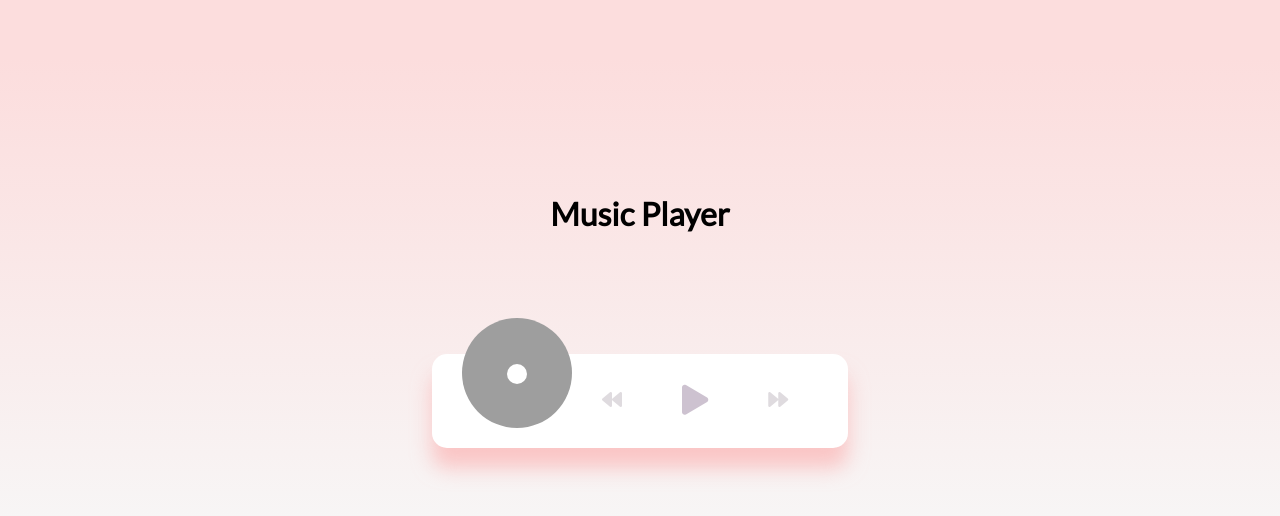
Repository: Youvelop/musicPlayer
Page: index.html
The author's editor kept a copy of each file at every save. The page is drawn from the files as they stood at one save, then again after the next save.
The browser window is 1280 px wide. The pictures show the whole page.
After loading, the first visible `#play` was clicked once.
Pictures or frames that could not be fetched are drawn as grey boxes. Some web libraries are served in a nearby version.

Above is the page before, as saved 2020-07-08 09:51:26.
Console error: ReferenceError: playSong is not defined

### index.html
<!DOCTYPE html>
<html lang="en">
  <head>
    <meta charset="UTF-8" />
    <meta name="viewport" content="width=device-width, initial-scale=1.0" />
    <link
      rel="stylesheet"
      href="https://cdnjs.cloudflare.com/ajax/libs/font-awesome/5.10.2/css/all.min.css"
    />
    <link rel="stylesheet" href="style.css" />
    <title>Music Player</title>
  </head>
  <body>
    <h1>Music Player</h1>
    <div class="music-container" id="music-container">
      <div class="music-info">
        <h4 id="title"></h4>
        <div class="progress-container" id="progress-container">
          <div class="progress" id="progress"></div>
        </div>
      </div>
      <audio src="music/ukulele.mp3" id="audio"></audio>

      <div class="img-container">
        <img src="images/ukulele.jpg" id="cover" alt="music-cover" />
      </div>
      <div class="navigation">
        <button id="prev" class="action-btn">
          <i class="fas fa-backward"></i>
        </button>
        <button id="play" class="action-btn action-btn-big">
          <i class="fas fa-play"></i>
        </button>
        <button id="prev" class="action-btn">
          <i class="fas fa-forward"></i>
        </button>
      </div>
    </div>
    <script src="script.js"></script>
  </body>
</html>

### style.css
@import url('https://fonts.googleapis.com/css?family=Lato&display=swap');

* {
  box-sizing: border-box;
}

body {
  background-image: linear-gradient(
    0deg,
    rgba(247, 247, 247, 1) 23.8%,
    rgba(252, 221, 221, 1) 92%
  );
  height: 100vh;
  display: flex;
  flex-direction: column;
  align-items: center;
  justify-content: center;
  font-family: 'Lato', sans-serif;
  margin: 0;
}

.music-container {
  background-color: #fff;
  border-radius: 15px;
  box-shadow: 0 20px 20px 0 rgba(252, 169, 169, 0.6);
  display: flex;
  padding: 20px 30px;
  position: relative;
  margin: 100px 0;
  z-index: 10;
}

.img-container {
  position: relative;
  width: 110px;
}

.img-container::after {
  content: '';
  background-color: #fff;
  border-radius: 50%;
  position: absolute;
  bottom: 100%;
  left: 50%;
  width: 20px;
  height: 20px;
  transform: translate(-50%, 50%);
}

.img-container img {
  border-radius: 50%;
  object-fit: cover;
  height: 110px;
  width: inherit;
  position: absolute;
  bottom: 0;
  left: 0;
  animation: rotate 3s linear infinite;

  animation-play-state: paused;
}

.music-container.play .img-container img {
  animation-play-state: running;
}

@keyframes rotate {
  from {
    transform: rotate(0deg);
  }

  to {
    transform: rotate(360deg);
  }
}

.navigation {
  display: flex;
  align-items: center;
  justify-content: center;
  z-index: 1;
}

.action-btn {
  background-color: #fff;
  border: 0;
  color: #dfdbdf;
  font-size: 20px;
  cursor: pointer;
  padding: 10px;
  margin: 0 20px;
}

.action-btn.action-btn-big {
  color: #cdc2d0;
  font-size: 30px;
}

.action-btn:focus {
  outline: 0;
}

.music-info {
  background-color: rgba(255, 255, 255, 0.5);
  border-radius: 15px 15px 0 0;
  position: absolute;
  top: 0;
  left: 20px;
  width: calc(100% - 40px);
  padding: 10px 10px 10px 150px;
  opacity: 0;
  transform: translateY(0%);
  transition: transform 0.3s ease-in, opcaity 0.3s ease-in;
  z-index: 0;
}

.music-container.play .music-info {
  opacity: 1;
  transform: translateY(-100%);
}

.music-info h4 {
  margin: 0;
}

.progress-container {
  background: #fff;
  border-radius: 5px;
  cursor: pointer;
  margin: 10px 0;
  height: 4px;
  width: 100%;
}
.progress {
  background-color: #fe8daa;
  border-radius: 5px;
  height: 100%;
  width: 0%;
  transition: width 0.1s linear;
}

### script.js
const musicContainer = document.getElementById('music-container');
const playBtn = document.getElementById('play');
const prevBtn = document.getElementById('prev');
const nextBtn = document.getElementById('next');

const audio = document.getElementById('audio');
const progress = document.getElementById('progress');
const progresscontainer = document.getElementById('progress-conatiner');
const title = document.getElementById('title');
const cover = document.getElementById('cover');

// Song titles
const songs = ['hey', 'summer', 'ukelele'];

// keep track of song
let songIndex = 2;

// Initially load song details into DOM
loadSong(songs[songIndex]);

// Update song details
function loadSong(song) {
  title.innerText = song;
  audio.src = `music/${song}.mp3`;
  cover.src = `images/${song}.jpg`;
}

// Event listener
playBtn.addEventListener('click', () => {
  const isPlaying = musicContainer.classList.contains('play');

  if (isPlaying) {
    pauseSong();
  } else {
    playSong();
  }
});

After the next save:
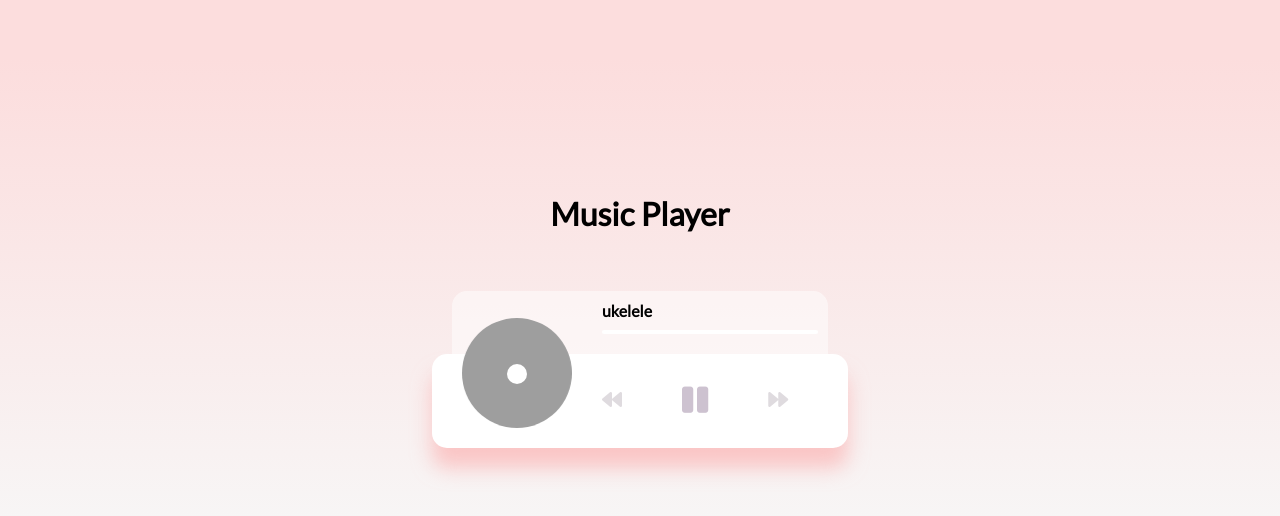
The error is gone.
Saved 3 min 43 s later.
--- a/script.js
+++ b/script.js
@@ -25,6 +25,15 @@ function loadSong(song) {
   cover.src = `images/${song}.jpg`;
 }
 
+// Play song
+function playSong() {
+  musicContainer.classList.add('play');
+  playBtn.querySelector('i.fas').classList.remove('fa-play');
+  playBtn.querySelector('i.fas').classList.add('fa-pause');
+
+  audio.play();
+}
+
 // Event listener
 playBtn.addEventListener('click', () => {
   const isPlaying = musicContainer.classList.contains('play');
